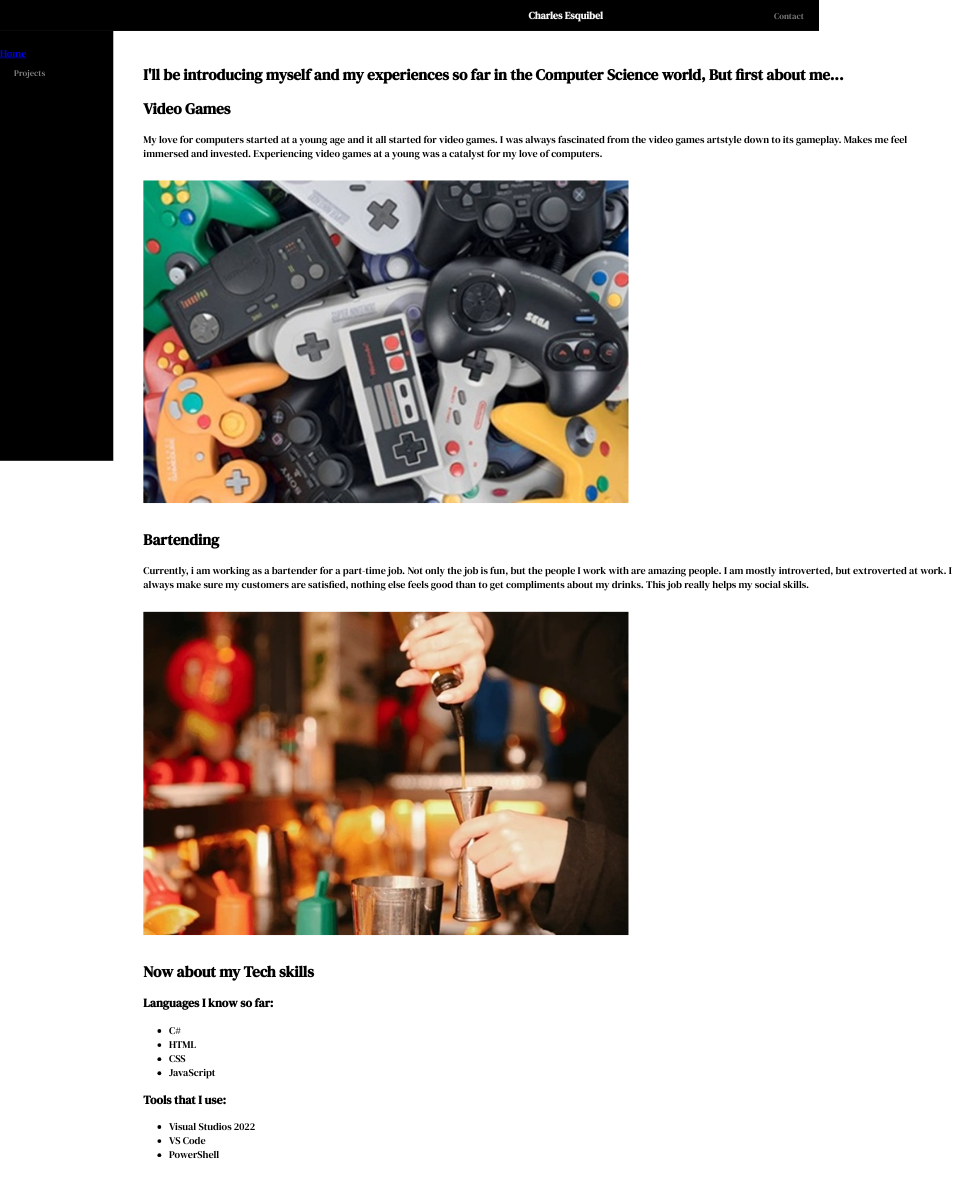
Repository: vGitCharles/vGitCharles
Page: index.html
The author's editor kept a copy of each file at every save. The page is drawn from the files as they stood at one save, then again after the next save.
The browser window is 1280 px wide. The page is 1528 px wide, then 1448 px, so the pictures cover 1528 px, including what lies to the right of the window. The pictures show the whole page, at 64% of full size.

Above is the page before, as saved 2026-05-15 22:24:55.

### index.html
<!DOCTYPE html>
<html lang="en">
<head>
    <meta charset="UTF-8">
    <meta name="viewport" content="width=device-width, initial-scale=1.0">
    <link rel="stylesheet" href="./styles/globals.css">
    <link rel="stylesheet" href="./styles/index.css">
    <title>Home</title>
</head>
<body>

    <!--Sticky Header-->
    <header class="topBar">
        <button class="hamburger" id="hamburger" aria-label="Open Navigation" aria-expanded="false" aria-coontrols="sidebar"></button>
        <span></span>
        <span></span>
        <span></span>
        </button>
        <p class="TopBar_Name"> Charles Esquibel</p>
        <a class="TopBar_Email" href="mailto:esquibelcharles@gmail.com">Contact</a>
    </header>

    <!--Sidebar-->
    <nav class="sidebar" aria-label="Site Navigation">
        <ul>
            <li><a href="./index.html" class="SideBar_Link active">Home</a></li>
            <li><a href="./pages/projects.html" class="sidebar_link">Projects</a></li>
        </ul>
    </nav>
    <main class="page-content">






    <h2>I'll be introducing myself and my experiences so far in the Computer Science world, But first about me...</h2>
    <h2>Video Games</h2>

    <p>My love for computers started at a young age and it all started for video games. I was always fascinated from the video games artstyle down to its gameplay. Makes me feel immersed and invested. Experiencing video games at a young was a catalyst for my love of computers.</p>

    <img src="./assets/images/gamer-600.jpg"
     srcset="./assets/images/gamer-800.jpg 400w
    ./assets/images/gamer-1200.jpg 1200w
    ./assets/images/gamer-400.jpg 400w
    "
    sizes="100vw"

    alt="gamer stock image">
    <h2>Bartending</h2>
    <p>Currently, i am working as a bartender for a part-time job. Not only the job is fun, but the people I work with are amazing people. I am mostly introverted, but extroverted at work. I always make sure my customers are satisfied, nothing else feels good than to get compliments about my drinks. This job really helps my social skills.</p>
    <img src="./assets/images/bartender-600.jpg"
    srcset="./assets/images/bartender-800.jpg 800w
    ./assets/images/bartender-1200.jpg 1200w
    ./assets/images/bartender-400.jpg 400w
    "
    sizes="100vw"

    alt="bartender making a drink">
    <h2>Now about my Tech skills</h2>
    <h3>Languages I know so far:</h3>
    <ul>
        <li>C#</li>
        <li>HTML</li>
        <li>CSS</li>
        <li>JavaScript</li>
    </ul>
    <h3>Tools that I use:</h3>
    <ul>
        <li>Visual Studios 2022</li>
        <li>VS Code</li>
        <li>PowerShell</li>
    </ul>
      </main>
</body>
</html>

### styles/globals.css
@font-face {
    font-family:'IBM';
    src: url('../assets/fonts/DM_Serif_Text/DMSerifText-Regular.ttf') format('truetype');
}

body{
    font-family:'IBM',sans-serif ;
}

### styles/index.css
.topBar{
    position: fixed;
    top:0;
    left: 0;
    right: 0;
    height:3rem;
    z-index: 100;
    background-color: black;
    border-bottom: 1px solid #2a2520;
    display: flex;
    align-items: center;
    justify-content: space-between;
    padding: 0 1.5rem;

}
.TopBar_Name{
    font-family:'IBM', sans-serif ;
    font-size: 1rem;
    color:whitesmoke;
    font-weight: 600;
}
.TopBar_Email{
    font-family: 'IBM',sans-serif;
    font-size:0.85rem;
    color: grey;
    text-decoration: none;
    transition: color 0.2s;
}
.TopBar_Email:hover{
    color: yellow;
}
/*SideBar*/
.sidebar{
    position: fixed;
    top:3rem;
    left: 0;
    bottom:0;
    width: 11rem;
    background-color: black;
    border-right: 1px solid black;
    padding:1.5rem 0;
    /*hidden off-screen on mobile*/
    transform: translateX(-100%);
    z-index:90;
}
.sidebar ul{
    list-style: none;
    margin:0;
    padding:0;
}

.sidebar_link{
    display:block;
    padding: 0.6rem 1.25rem;
    font-family: 'IBM', sans-serif;
    font-size:0.85rem;
    color: grey;
    text-decoration: none;
    border-left: 2px solid transparent;
    transition:color 0.2s, border-color 0.2s, background-color 0.2s;
}
.sidebar_link:hover{
    color:white;
    background-color: black;
    border-left-color: darkorange;

}
.sidebar_link:active{
    color:goldenrod;
    border-left-color: goldenrod;
    background-color: black;
}
.sidebar.is-open{
    transform:translateX(0);
}
/*Hamburger button (mobile only) https://www.w3schools.com/howto/howto_css_menu_icon.asp*/
.hamburger{
    display:flex;
    flex-direction: column;
    gap:5px;
    background: none;
    border:none;
    cursor:pointer;
    padding: 0.25rem;
    margin-right: 0.75rem;
}
.hamburger span{
    display:block;
    width:1.4rem;
    height:1.5px;
    background-color:white;
    border-radius: 2px;
}

/*Main Content*/
.page-content{
    margin-top: 3rem;
    margin-left: 11rem;
    padding:2rem 2.5rem;
    width:100%
}
.page-content img{
    width:100%;
    height: auto;
    margin-block: 1rem;
}
/* Tablet*/
@media (min-width:40rem){
    .page-content{
        padding: 2rem 1.5rem;
    }
    .page-content img{
        max-width: 80%;
    }
}
/*Desktop*/
@media (min-width: 50rem){
    .hamburger{
        display: none;
    }
    .sidebar{
        transform: translateX(0);
    }
    .page-content{
        margin-left:11rem;
        padding:2rem 2.5rem;
    }
    .page-content img{
        max-width: 60%;
    }
}

After the next save:
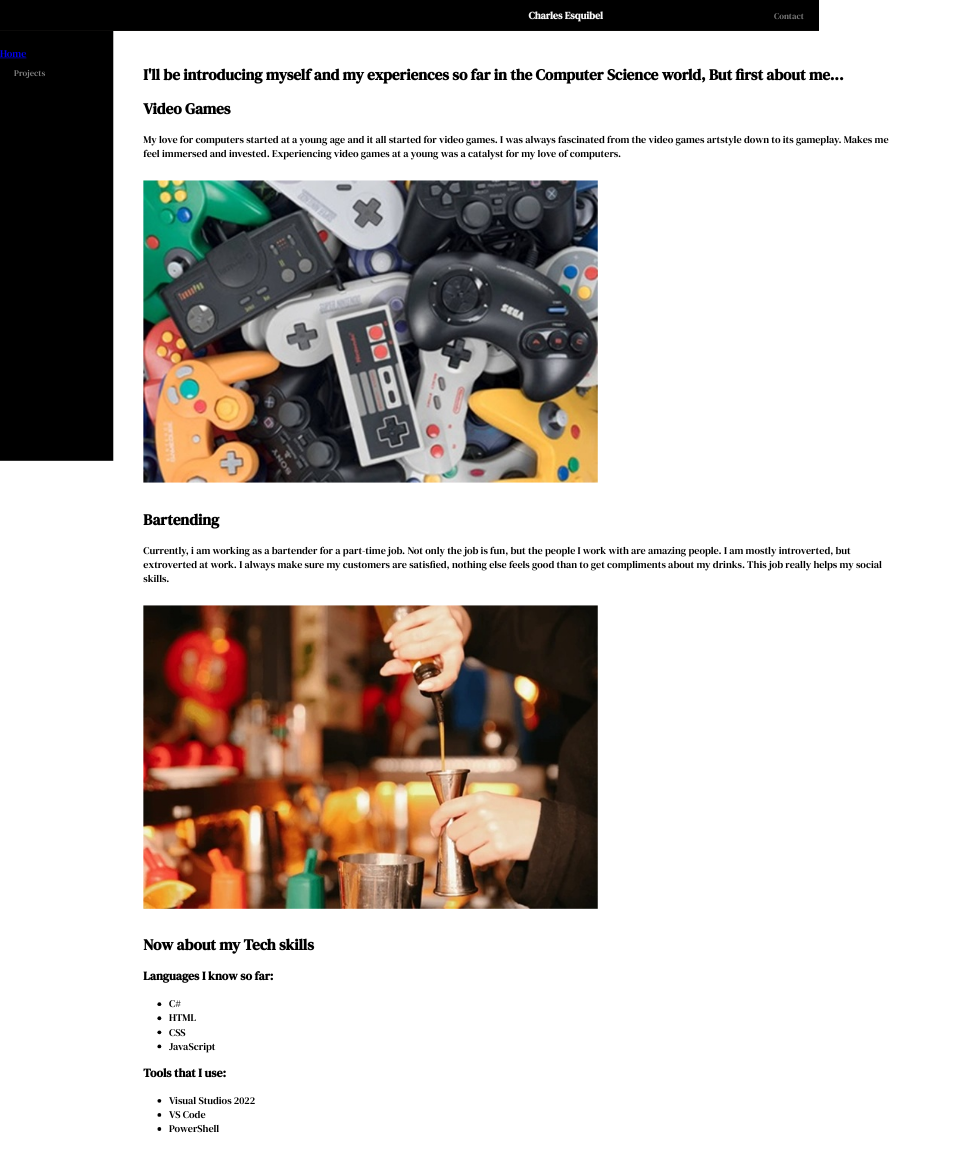
Saved 67 s later.
--- a/styles/index.css
+++ b/styles/index.css
@@ -97,10 +97,14 @@
     margin-top: 3rem;
     margin-left: 11rem;
     padding:2rem 2.5rem;
-    width:100%
+    box-sizing: border-box;
+    width:100%;
+    overflow-x: hidden;
+
 }
 .page-content img{
     width:100%;
+    max-width: 100%;
     height: auto;
     margin-block: 1rem;
 }
